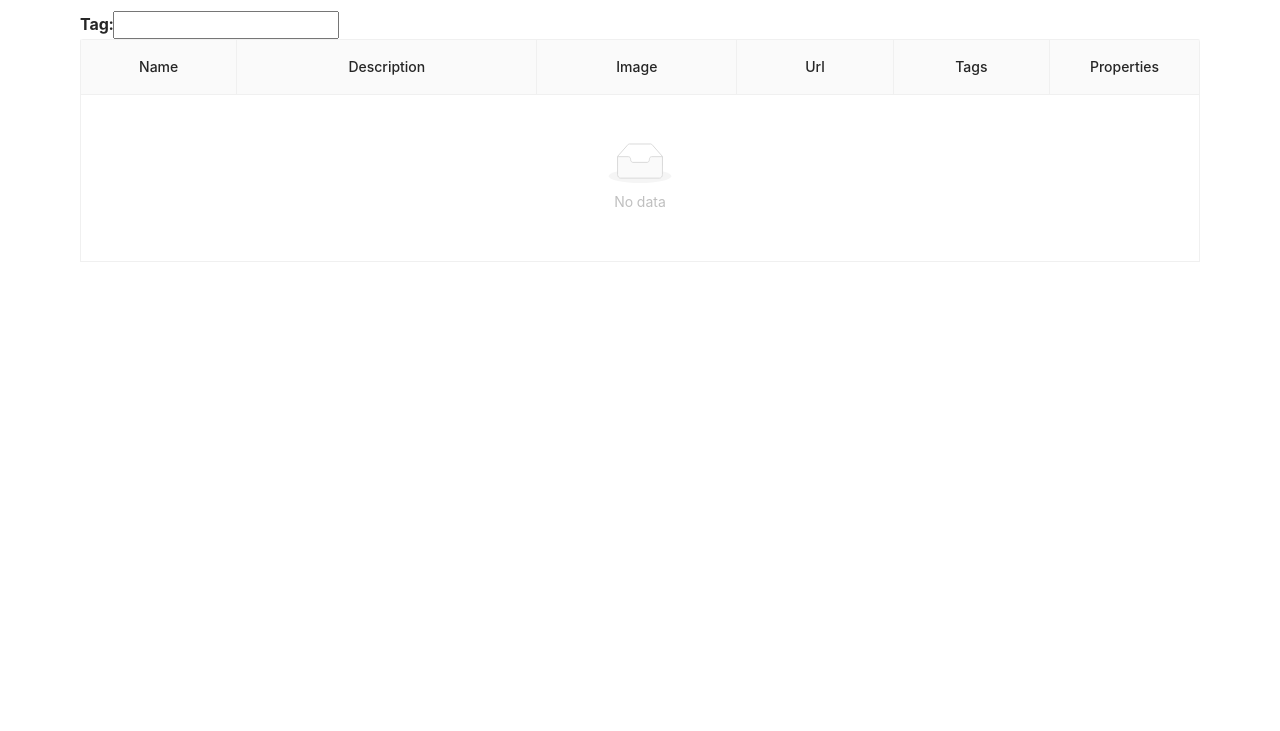
Repository: nitpfy/vote-applet
Page: / (app in table/)
These files come from the project's save history. The page is drawn as it stood at one moment and after the next save; the edit follows.
The browser window is 1280 px wide. The pictures show the whole page.
The page's requests for data from a server got no answer. The project was rebuilt for these pictures with package versions that can differ from the ones it lists, and the page was loaded fresh each time. No one was signed in, and anything a server would have sent is missing.

Above is the page before, as saved 2022-01-20 02:05:37.

### table/public/index.html
<!DOCTYPE html>
<html lang="en">
  <head>
    <meta charset="utf-8" />
    <meta name="viewport" content="width=device-width, initial-scale=1" />
    <meta name="theme-color" content="#000000" />
    <meta
      name="description"
      content="Web site created using create-react-app"
    />

    <title>Table</title>
  </head>
  <body>
    <noscript>You need to enable JavaScript to run this app.</noscript>
    <div id="root"></div>
  </body>
</html>

### table/src/App.js
import React, { memo, useEffect, useState } from 'react';
import 'antd/dist/antd.css';
import { Table, Tag, Space, Modal, Button, Tooltip } from 'antd';
import {useAxios} from './hooks'

const Cpn = (props) => {
  const [isModalVisible, setIsModalVisible] = useState(false);
  const data=props.item.map((it,idx)=>({...it,key:idx}))
  const columns = [
    {
      title: 'Type',
      dataIndex: 'type',
      key: 'type',
      align:'center',
    },
    {
      title: 'Url',
      dataIndex: 'url',
      key: 'url',
      align:'center',
      render: url => <a href={url}>{url}</a>,
    }]
  const showModal = () => {
    setIsModalVisible(true);
  };

  const handleOk = () => {
    setIsModalVisible(false);
  };

  const handleCancel = () => {
    setIsModalVisible(false);
  };

  return (
    <>
      <Button type="primary" onClick={showModal}>
        Proprety
      </Button>
      <Modal visible={isModalVisible} onOk={handleOk} onCancel={handleCancel} width='630px'  closable='false'>
      <div style={{margin:'20px 0 0 0'}}>
        <Table columns={columns} dataSource={data} bordered='true' pagination={false}/>
      </div>
      </Modal>
    </>
  );
};

export default memo(function App() {
  const {data,loading,error} = useAxios({url:'http://www.mocky.io/v2/5ea28891310000358f1ef182'})
  const [datas, setdatas] = useState()
  useEffect(()=>{
    setdatas(data?.apis.map((it,idx)=>({...it,key:idx})))
  },[data])
  if(loading) return loading
  if(error) console.log('error:',error);

  console.log('datas:',datas);
  const columns = [
    {
      title: 'Name',
      dataIndex: 'name',
      key: 'name',
      align:'center',
    },
    {
      title: 'Description',
      dataIndex: 'description',
      key: 'description',
      width:'300px',
      align:'center',
      render: text => <Tooltip placement="topLeft" title={text}>{text}</Tooltip>,
      onCell: () => {
        return {
          style: {
            maxWidth: 300,
            overflow: 'hidden',
            whiteSpace: 'nowrap',
            textOverflow: 'ellipsis'
          }
        }
      },
    },
    {
      title: 'Image',
      dataIndex: 'image',
      key: 'image',
      align:'center',
      width:'200px',
      render: img => <img src={img} alt='null'></img>,
    },
    {
      title: 'Url',
      dataIndex: 'baseURL',
      key: 'url',
      align:'center',
      render: url => <a href={url}>{url}</a>,
    },
    {
      title: 'Tags',
      key: 'tags',
      dataIndex: 'tags',
      align:'center',
      render: tags => (
        <>
          {tags.map(tag => {
            let color = tag.length > 5 ? 'geekblue' : 'green';
            return (
              <Tag color={color} key={tag} style={{margin:'0px'}}>
                {tag.toUpperCase()}
              </Tag>
            );
          })}
        </>
      ),
    },
    {
      title: 'Properties',
      key: 'properties',
      dataIndex: 'properties',
      align:'center',
      width:'150px',
      render: (item,idx) => (
        <Cpn item={item}></Cpn>
      ),
    },
  ];
  return (
  <div style={{width:'1120px',margin:'11px auto'}}>
    <div><strong style={{fontSize:'16px'}}>Tag:</strong><input/></div>
    <Table columns={columns} dataSource={datas} bordered='true' scroll={{ y: '520px' }} pagination={false}/>
  </div>
  );
});

### table/src/hooks.js
import React, { memo, useEffect,useState } from 'react';
import axios from 'axios';

export function useAxios(config){
  const [data, setdata] = useState()
  const [loading, setloading] = useState(true)
  const [error, seterror] = useState()
  const [i, setI] = useState(0)
  useEffect(() => {
    const CancelToken = axios.CancelToken
    const source = CancelToken.source()
    var req = axios({
      ...config,
      cancelToken: source.token,
    })
    req.then(res=>{
      setdata(res.data)
      setloading(false)
    }).catch(e=>{
      seterror('400:',e.toString())
      setloading(false)
    })
    return () => source.cancel()
  }, [config.url,i])
  function update(){
    setI(i+1)
  }
  return {data,loading,error,update}
}

Loaded but not shown: table/src/index.js (common file)

After the next save:
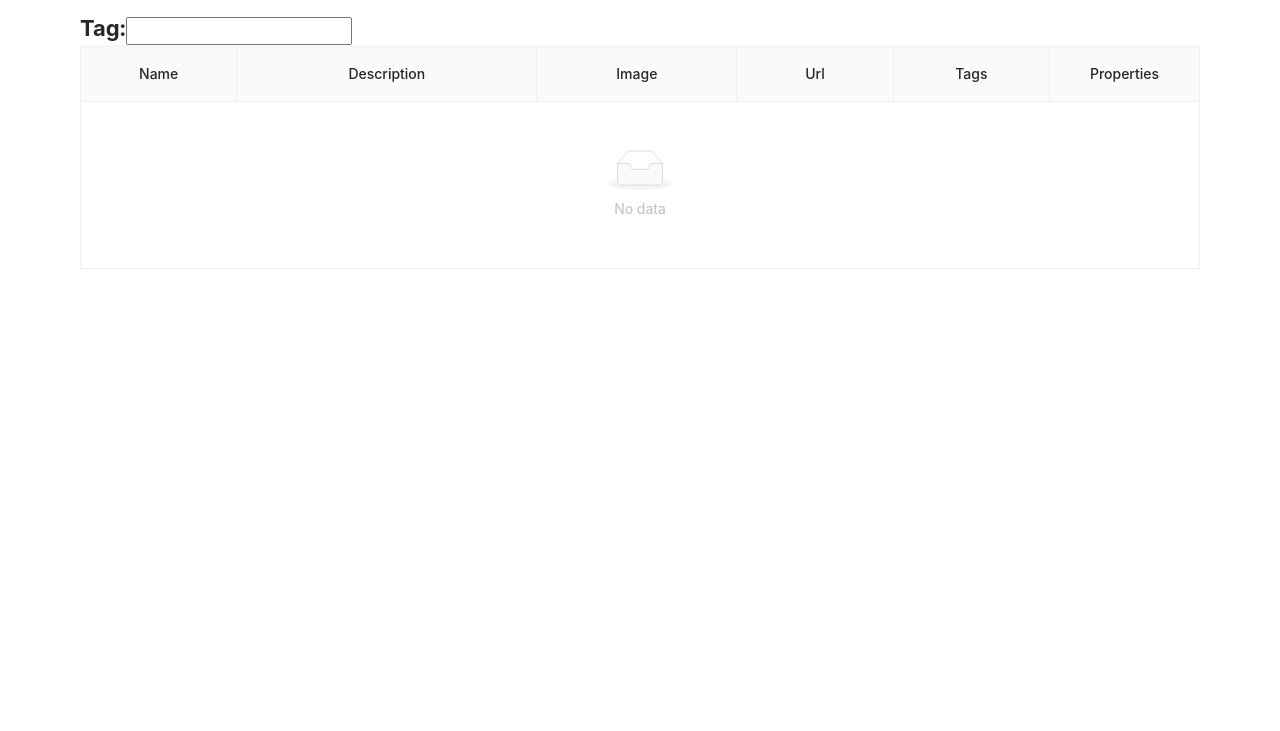
Saved 8 s later.
--- a/table/src/App.js
+++ b/table/src/App.js
@@ -127,7 +127,7 @@ export default memo(function App() {
   ];
   return (
   <div style={{width:'1120px',margin:'11px auto'}}>
-    <div><strong style={{fontSize:'16px'}}>Tag:</strong><input/></div>
+    <div><strong style={{fontSize:'22px'}}>Tag:</strong><input/></div>
     <Table columns={columns} dataSource={datas} bordered='true' scroll={{ y: '520px' }} pagination={false}/>
   </div>
   );
